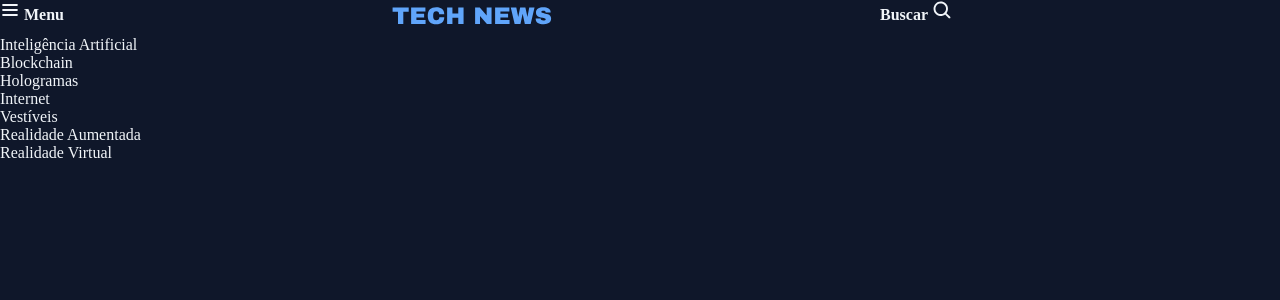
Repository: JeffRodFer/portalDeNoticias
Page: index.html
The author's editor kept a copy of each file at every save. The page is drawn from the files as they stood at one save, then again after a run of saves.
The browser window is 1280 px wide. The pictures show the whole page.

Above is the page before, as saved 2025-03-24 21:39:13.

After the next 2 saves:
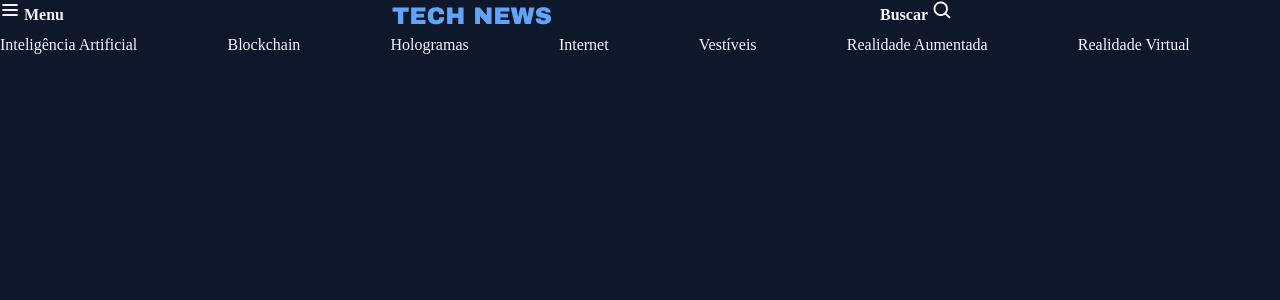
The 2 saves are shown as one change because they came seconds apart.
The last was saved 9 s later.
--- a/index.html
+++ b/index.html
@@ -26,7 +26,7 @@
           <img src="assets/icons/MagnifyingGlass.svg" alt="ícone de lupa para pesquisa">
         </div>
     </nav>
-    <nav id="secondary" class="grid">
+    <nav id="secondary" class="grid grid-flow-col">
       <a href="#">Inteligência Artificial</a>
       <a href="#">Blockchain</a>
       <a href="#">Hologramas</a>
